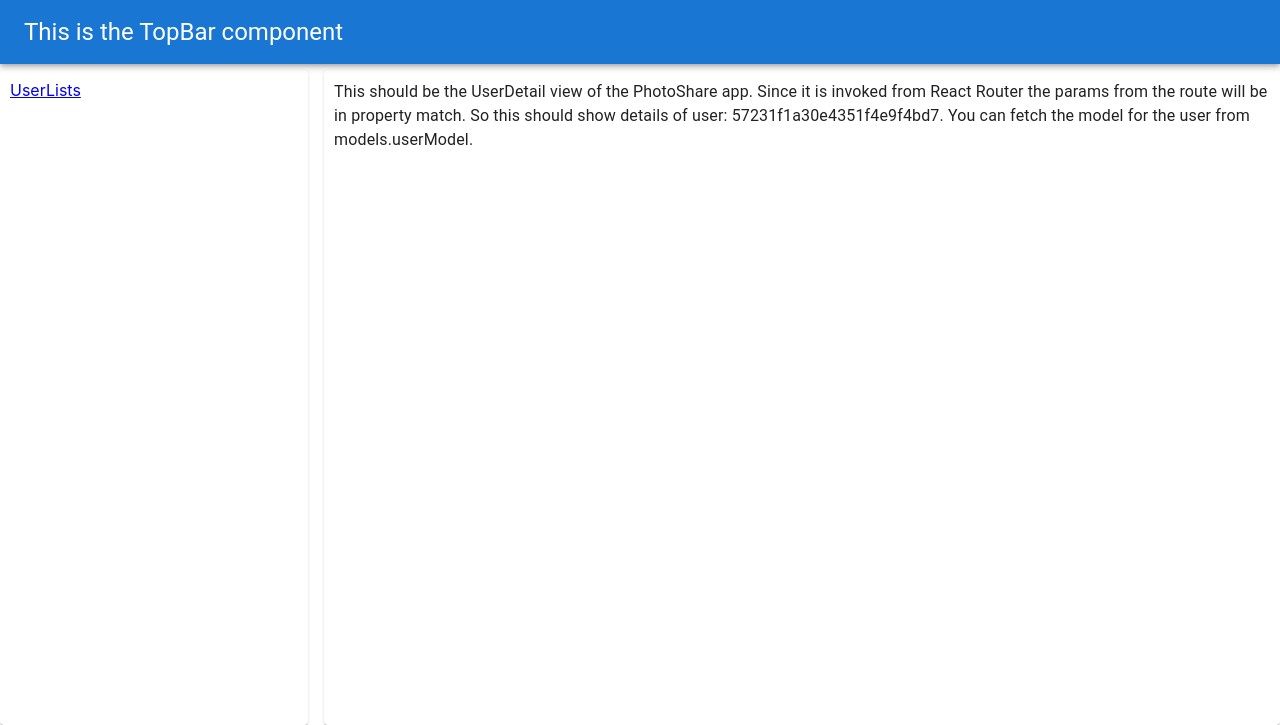
Repository: Trung0810/photo-sharing-v1
Page: /users/57231f1a30e4351f4e9f4bd7
The author's editor kept a copy of each file at every save. The page is drawn from the files as they stood at one save, then again after the next save.
The browser window is 1280 px wide. The pictures show the whole page.
The project was rebuilt for these pictures with package versions that can differ from the ones it lists, and the page was loaded fresh each time. Also part of the build but not shown: src/modelData/models.js, src/components/UserList/index.jsx, src/components/UserPhotos/index.jsx.

Above is the page before, as saved 2026-04-04 13:51:31.

After the next save:
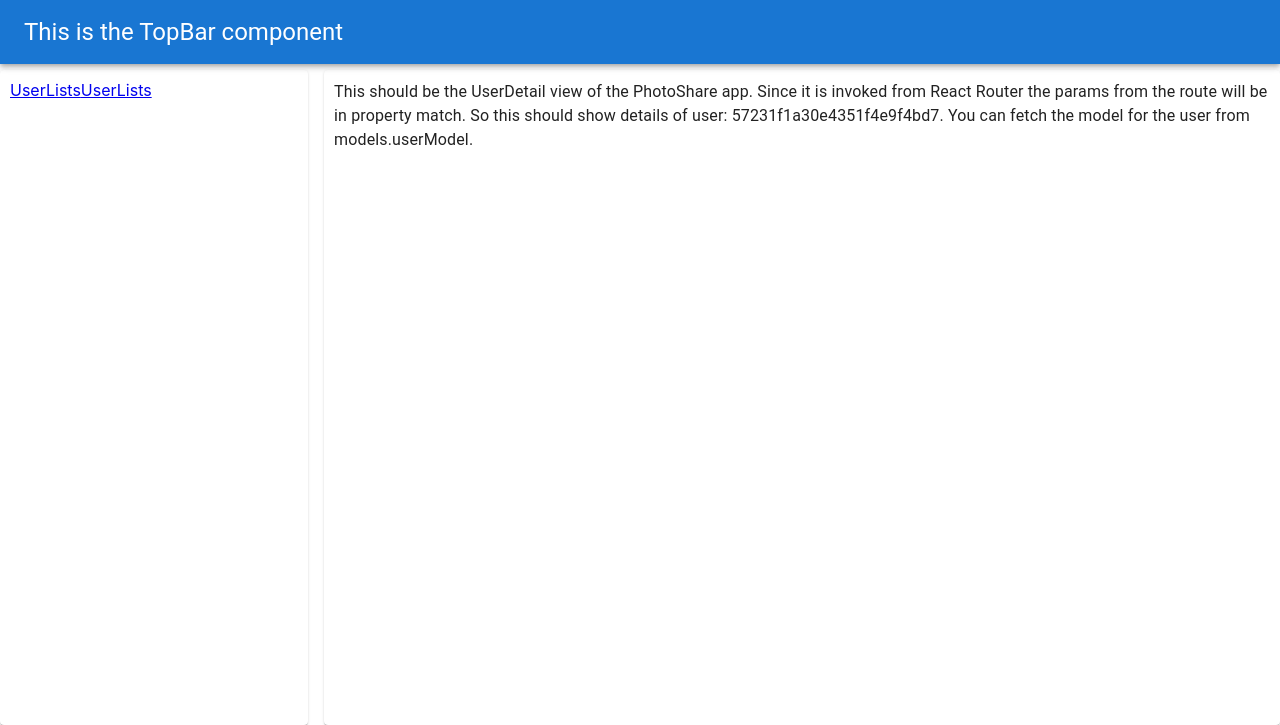
Saved 78 s later.
--- a/src/App.js
+++ b/src/App.js
@@ -21,6 +21,7 @@ const App = (props) => {
           <Grid item sm={3}>
             <Paper className="main-grid-item">
               <Link to="/users">UserLists</Link>
+              <Link to="/users">UserLists</Link>
             </Paper>
           </Grid>
           <Grid item sm={9}>
